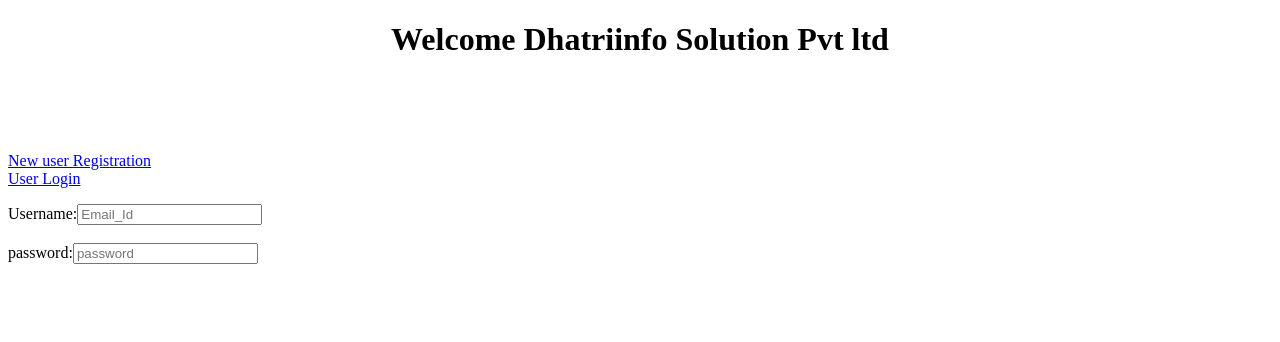
Repository: AbubakarShaik/Java_J2EE_Project
Page: com.testprojectServlet/WebContent/index.html
The author's editor kept a copy of each file at every save. The page is drawn from the files as they stood at one save, then again after the next save.
The browser window is 1280 px wide. The pictures show the whole page.

Above is the page before, as saved 2016-12-22 07:35:58.

After the next save:
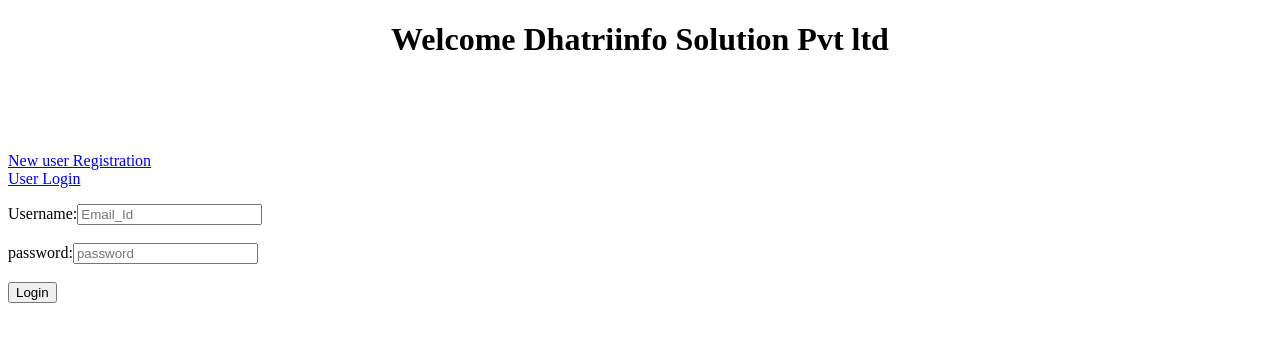
Saved 37 s later.
--- a/com.testprojectServlet/WebContent/index.html
+++ b/com.testprojectServlet/WebContent/index.html
@@ -26,5 +26,9 @@
 <br>
 </br>
 <td>password:<input type="text" name="password" placeholder="password"></td>
+<br>
+</br>
+<td> <input type="Submit" value="Login"> </td>
+
 </body>
 </html>
